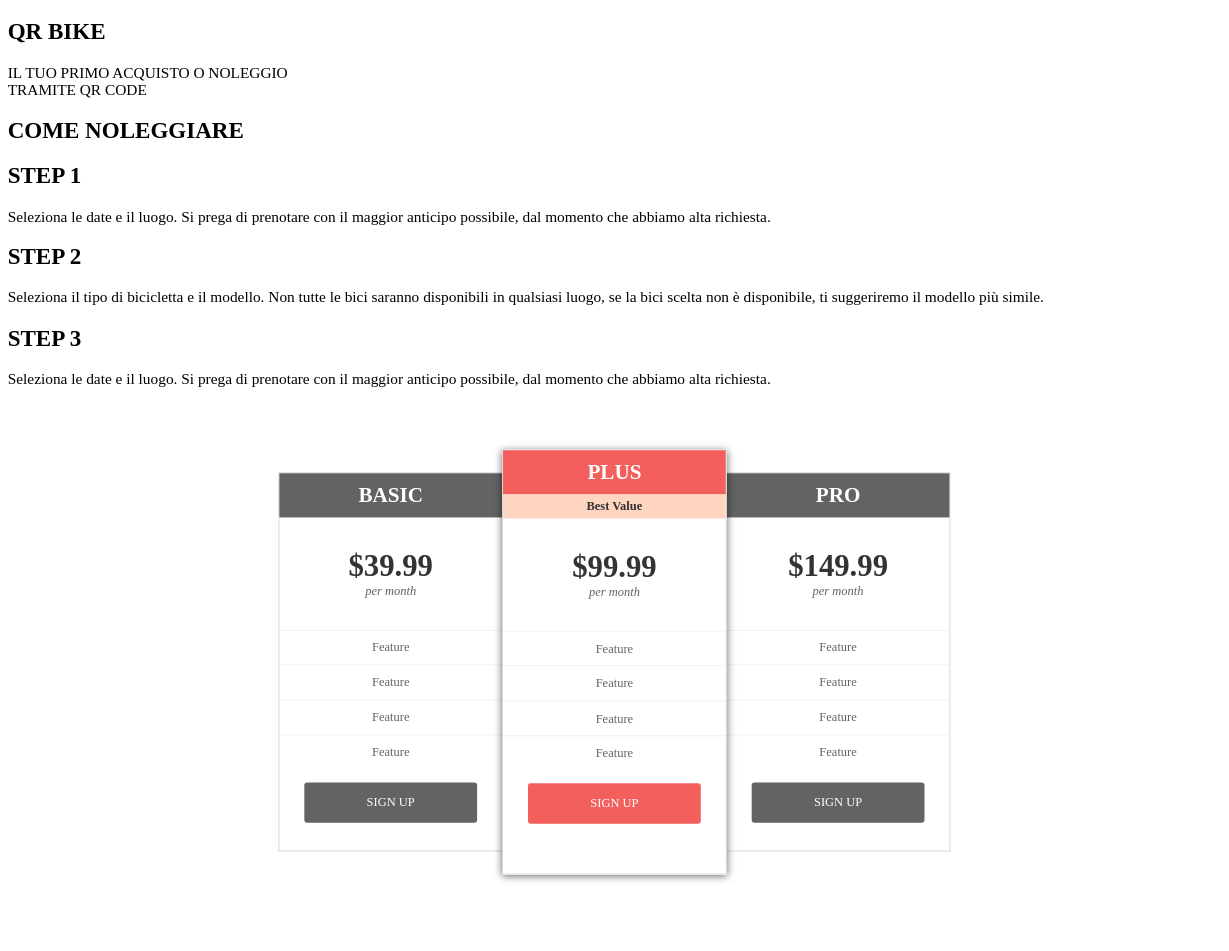
Repository: andrealepori/qrbike
Page: noleggio.html
The author's editor kept a copy of each file at every save. The page is drawn from the files as they stood at one save, then again after the next save.
The browser window is 1280 px wide. The pictures show the whole page, at 96% of full size.

Above is the page before, as saved 2020-09-18 09:14:44.

### noleggio.html
<!DOCTYPE html>
<html lang="en">
<head>
    <meta charset="UTF-8">
    <meta name="viewport" content="width=device-width, initial-scale=1.0">
    <title>Home - QR BIKE</title>


	<link type="text/css" rel="stylesheet" href="css/style.css" />

	<link type="text/css" rel="stylesheet" href="css/calendario.css" />

</head>
<body>



  <section id="hero1" class="hero">





    <div class="inner">

      <h1 class="yellowtitle"> QR BIKE</h1>
      <p class="subtitle">IL TUO PRIMO ACQUISTO O NOLEGGIO <br> TRAMITE QR CODE</p>
      </div>

  </section>




<section>

      <h1 class="titolo">COME NOLEGGIARE </h1>

    </div>
    </div>
  </section>



  <div class="support-grid"></div>

  <section class="grid-1">
    <div class="item-1">
      <h1 class="step"><bold>STEP 1</bold> </h1>


      <p class="nero">
        Seleziona le date e il luogo.
        Si prega di prenotare con il maggior anticipo possibile,
         dal momento che abbiamo alta richiesta. </p>
    </div>
    <div class="item-2">

      <h1 class="step"><bold>STEP 2</bold> </h1>


      <p class="nero">
        Seleziona il tipo di bicicletta e il modello.
         Non tutte le bici saranno disponibili in qualsiasi luogo, se la bici scelta non è disponibile,
        ti suggeriremo il modello più simile.
        </p>


    </div>
    <div class="item-3">


      <h1 class="step"><bold>STEP 3
      </bold> </h1>


      <p class="nero">
        Seleziona le date e il luogo.
        Si prega di prenotare con il maggior anticipo possibile,
                dal momento che abbiamo alta richiesta.

        </p>


    </div>

    <div id="pricing">
      <div class="tier">
        <ul>
          <li class="name"><h3>Basic</h3></li>
          <li class="price">
            $39.99
            <span class="period">per month</span></li>
          <li>Feature</li>
          <li>Feature</li>
          <li>Feature</li>
          <li>Feature</li>
          </ul>
          <a href="#" class="button">Sign Up</a>
      </div>
      <div class="tier">
        <ul>

          <li class="name"><h3>Plus</h3></li>
          <li class="value">Best Value</li>
          <li class="price">
            $99.99
            <span class="period">per month</span></li>

          <li>Feature</li>
          <li>Feature</li>
          <li>Feature</li>
          <li>Feature</li>
        </ul>
        <a href="#" class="button highlight">Sign Up</a>
      </div>
      <div class="tier">
        <ul>
          <li class="name"><h3>Pro</h3></li>
          <li class="price">
            $149.99
            <span class="period">per month</span></li>
                <li>Feature</li>
          <li>Feature</li>
          <li>Feature</li>
          <li>Feature</li>
          </ul>
          <a href="#" class="button">Sign Up</a>
      </div>
    </div>




















</body>

<script src="js/calendario.js"></script>


</html>

### css/calendario.css


#pricing {
		padding: 1em;
}
.tier {
	margin: .5em auto 1.5em;
	max-width: 400px;
	border: 1px solid #D6D6D6;
	text-align: center;
}
ul {
	margin: 0;
	padding: 0;
	list-style: none;
}
li {
	border-top: 1px solid #F0F0F0;
	padding: .75em;
	color: #636363;
	font-size: 13px;
}
h3 {
	margin: 0;
	color: #fff;
	font-size: 22px;
	text-transform: uppercase;
}
li.name {
	background-color: #636363;
	border-top: none;
	border-bottom: none;
	border-top: none;
}
li.price {
	padding: 1em;
	color: #333333;
	font-weight:700;
	font-size: 2em;
	border-bottom: none;
	border-top: none;
}
li.value {
	background-color: #FFD5C2;
	color: #fff;
	font-weight: 700;
	color: #333;
	border-bottom: none;
	border-top: none;
	padding: .35em;
}
span.period {
	display: block;
	font-style: italic;
	font-size: .8em;
	color: #636363;
	font-weight: normal;
	font-size: 13px;
}
.button {
	display: block;
	max-width: 250px;
	border-radius: 3px;
	margin: 1em auto;
	padding: 1em 0;
	text-decoration: none;
	text-transform: uppercase;
	font-size: 13px;
	font-weight: 400;
	color: #fff;
	background-color: #636363;
	transition: all .2s;
}
.button:hover {
	background-color: #9B6A6C;

}

/* highlighted tier */
.tier:nth-of-type(2) li.name {
	background-color: #F25F5C;
}
.button.highlight {
	background-color: #F25F5C;
	color: #fff;
}


@media (min-width: 700px) {
	.tier:first-of-type {
		border-right: none;
	}
	.tier:last-of-type {
		border-left: none;
	}
	#pricing {
		max-width: 700px;
		margin: 4em auto;
		display: flex;
		justify-content: space-between;
		align-items: stretch;
	}
	.tier {
		padding-bottom: 1em;
		flex: 1;
		text-align: center;
	}
	.tier:nth-of-type(2) {
		box-shadow: 0 2px 8px rgba(0,0,0,.6);
		margin: -1em 0 0 0;
		z-index: 2;
	}
	.button {
		max-width: 180px;
	}
}

Loaded but not shown: style.css (no stored copy; drawn as an empty file); js/calendario.js (no stored copy; drawn as an empty file)

After the next save:
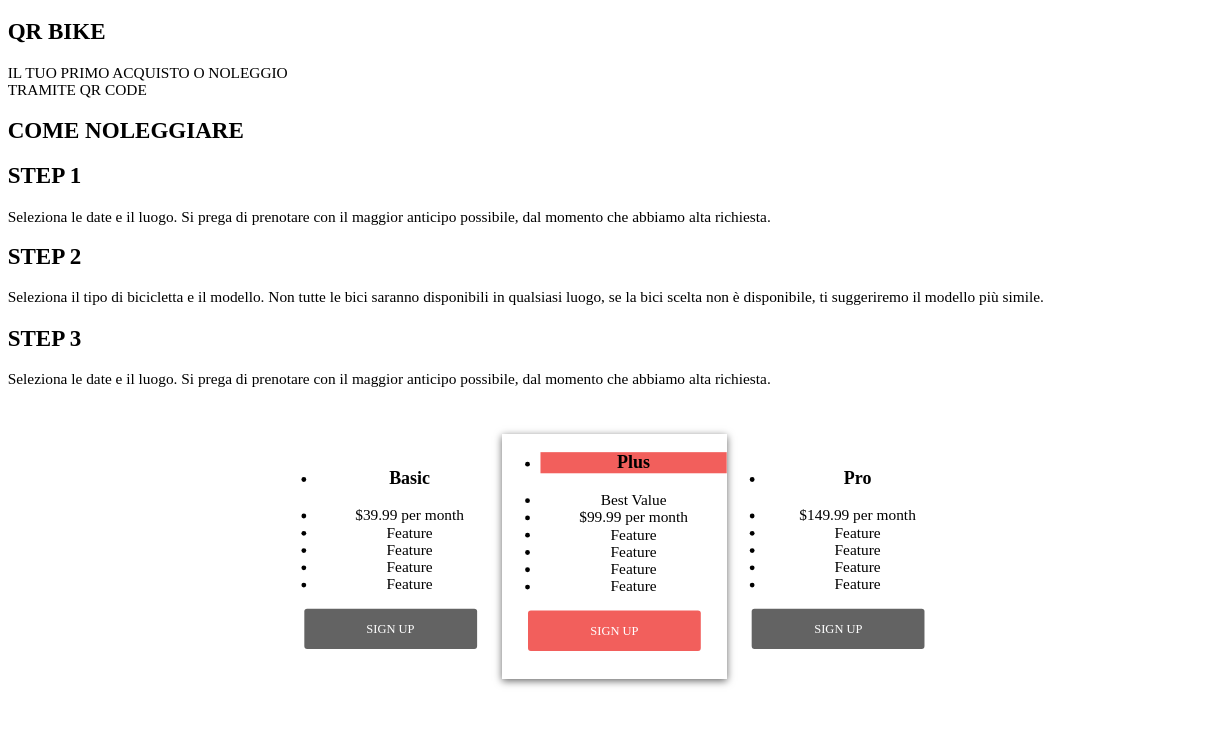
Saved 10 s later.
--- a/css/calendario.css
+++ b/css/calendario.css
@@ -1,53 +1,5 @@
 
-
-#pricing {
-		padding: 1em;
-}
-.tier {
-	margin: .5em auto 1.5em;
-	max-width: 400px;
-	border: 1px solid #D6D6D6;
-	text-align: center;
-}
-ul {
-	margin: 0;
-	padding: 0;
-	list-style: none;
-}
-li {
-	border-top: 1px solid #F0F0F0;
-	padding: .75em;
-	color: #636363;
-	font-size: 13px;
-}
-h3 {
-	margin: 0;
-	color: #fff;
-	font-size: 22px;
-	text-transform: uppercase;
-}
-li.name {
-	background-color: #636363;
-	border-top: none;
-	border-bottom: none;
-	border-top: none;
-}
-li.price {
-	padding: 1em;
-	color: #333333;
-	font-weight:700;
-	font-size: 2em;
-	border-bottom: none;
-	border-top: none;
-}
-li.value {
-	background-color: #FFD5C2;
-	color: #fff;
-	font-weight: 700;
-	color: #333;
-	border-bottom: none;
-	border-top: none;
-	padding: .35em;
+g: .35em;
 }
 span.period {
 	display: block;
